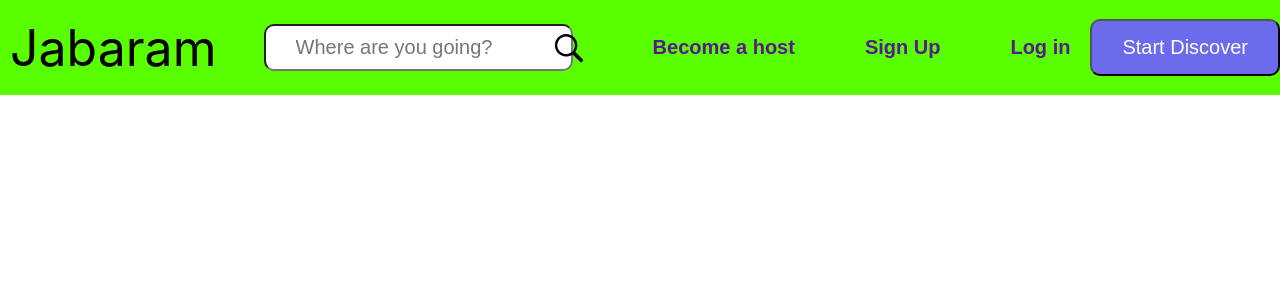
Repository: manahiang/Jabaram-web
Page: / (app in src/)
These files come from the project's save history. The page is drawn as it stood at one moment and after a run of saves; the edit follows.
The browser window is 1280 px wide. The pictures show the whole page.
The project was rebuilt for these pictures with package versions that can differ from the ones it lists, and the page was loaded fresh each time. Also part of the build but not shown: src/src/App.css.

Above is the page before, as saved 2022-11-30 09:49:15.

### src/src/index.css
body {
  margin: 0;
  padding: 0;
  font-family: -apple-system, BlinkMacSystemFont, 'Segoe UI', 'Roboto', 'Oxygen',
    'Ubuntu', 'Cantarell', 'Fira Sans', 'Droid Sans', 'Helvetica Neue',
    sans-serif;
  -webkit-font-smoothing: antialiased;
  -moz-osx-font-smoothing: grayscale;
}

code {
  font-family: source-code-pro, Menlo, Monaco, Consolas, 'Courier New',
    monospace;
}
.container{
  width: 100%;
  height: auto;
  background-color: rgb(227, 212, 194);
}
.header{
  max-width: 1780px;
  height: auto;
  background-color: rgb(89, 255, 0);
  margin: auto;
  display: flex;
  align-items: center;
  justify-content:space-between
}
.header ul li{
  display: inline-block;
  padding: 20px;
  margin-left: 20px;
  transition: all 0.5s;
}
.header ul li a{
  text-decoration: none;
  font-size: 20px;
  font-family:Arial, Helvetica, sans-serif;
  font-weight: 800;
 transition: all 0.5s;
 margin-left: 10px;
}
.header ul li:hover {
  color: rgb(41, 34, 34);
  background-color: rgb(195, 173, 173);
  border-radius: 10px;
}
.menu input{
  padding: 10px;
  outline: none;
  border-radius: 10px;
  padding-left: 30px;
  font-size: 20px;
}
.menu ul   button{
  font-size: 20px;
  background-color: rgb(107, 107, 235);
  color: white;
  padding: 15px;
  padding-left: 30px;
  padding-right: 30px;
  border-radius: 10px;
  outline: none;
  cursor: pointer;
}
.icon-search{
  font-size: 30px;
  color: black;
}
.icon-search-Go{
  transform: translate(-20px,10px);
}
/* Logo */

.logo{
  margin-left: 10px;
  font-size: 50px;
  cursor: pointer;
}

### src/src/App.js

import './App.css';
import'./index.css';
import Header from './header';

function App() {
  return (
    <>
    <Header/>
    </>
  );
}

export default App;

### src/src/header.js
import React from 'react'
import { GoSearch } from "react-icons/go";

function Header() {
    return (
        <div className='container'>
            <div className='header'>
                <div className='logo'>Jabaram</div>
                <div className='menu'>
                    <ul>
                        <input placeholder='Where are you going?' />
                        <span className='icon-search'><GoSearch className='icon-search-Go'/></span>
                        <li><a href=''>Become a host</a></li>
                        <li><a href=''>Sign Up</a></li>
                        <li><a href=''>Log in</a></li>
                        <button>Start Discover</button>
                    </ul>
                </div>
            </div>
        </div>
    )
}

export default Header

Loaded but not shown: src/public/index.html (common file); src/src/index.js (common file); src/src/reportWebVitals.js (common file)

After the next 2 saves:
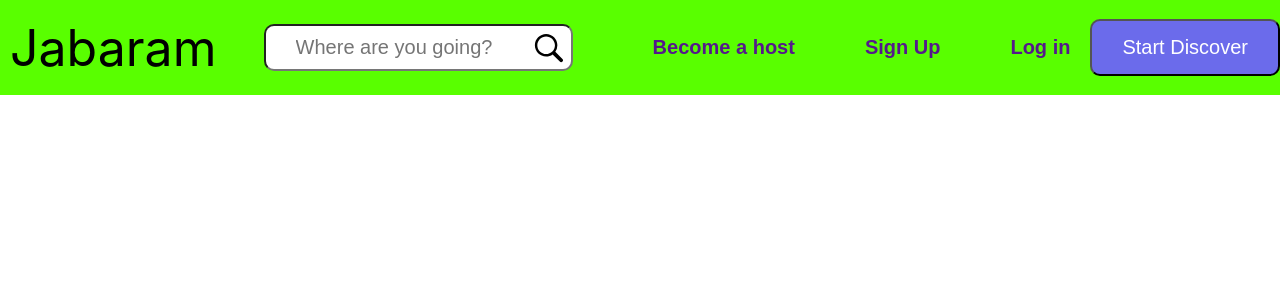
The 2 saves are shown as one change because they came seconds apart.
The last was saved 19 s later.
--- a/src/src/index.css
+++ b/src/src/index.css
@@ -68,7 +68,7 @@ code {
   color: black;
 }
 .icon-search-Go{
-  transform: translate(-20px,10px);
+  transform: translate(-40px,10px);
 }
 /* Logo */
 
